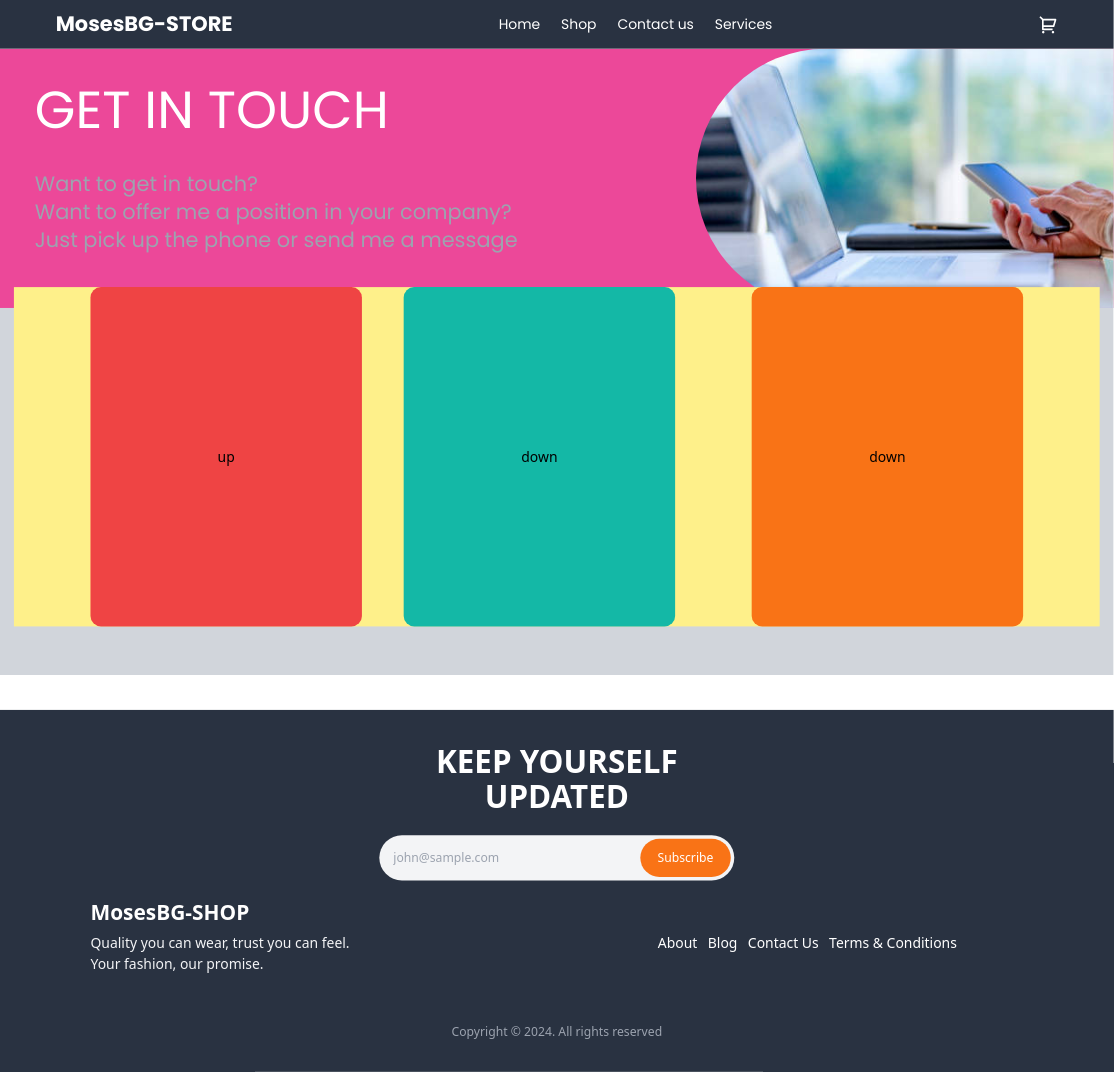
Repository: moshebengan/cart
Page: /fake-store/contact-us
An editor plug-in stored every save of this project. The page is shown before and after the next save, followed by the edit.
The browser window is 1280 px wide. The pictures show the whole page, at 87% of full size.
The project was rebuilt for these pictures with package versions that can differ from the ones it lists, and the page was loaded fresh each time. Also part of the build but not shown: vite.config.js, src/components/Error.jsx, src/utils/data.js, src/utils/apiCalls.js, src/components/Loading.jsx, src/components/Products.jsx, src/pages/HomePage.jsx, src/components/EmptyCart.jsx and 4 more.

Above is the page before, as saved 2024-09-16 09:15:23.

### index.html
<!DOCTYPE html>
<html lang="en">
  <head>
    <meta charset="UTF-8" />
    <link rel="icon" type="image/svg+xml" href="/vite.svg" />
    <meta name="viewport" content="width=device-width, initial-scale=1.0" />
    <link rel="preconnect" href="https://fonts.googleapis.com" />
    <link rel="preconnect" href="https://fonts.gstatic.com" crossorigin />
    <link
      href="https://fonts.googleapis.com/css2?family=Poppins:ital,wght@0,100;0,200;0,300;0,400;0,500;0,600;0,700;0,800;0,900;1,100;1,200;1,300;1,400;1,500;1,600;1,700;1,800;1,900&display=swap"
      rel="stylesheet"
    />
    <title>MosesBG-SHOP</title>
  </head>
  <body>
    <div id="root"></div>
    <script type="module" src="/src/main.jsx"></script>
  </body>
</html>

### src/main.jsx
import { StrictMode } from 'react'
import { createRoot } from 'react-dom/client'

import './index.css'
import { createBrowserRouter, RouterProvider } from 'react-router-dom'
import routes from './routes.jsx'

const router = createBrowserRouter(routes)

createRoot(document.getElementById('root')).render(
  <StrictMode>
    <RouterProvider router={router} />
  </StrictMode>,
)

### src/index.css
@tailwind base;
@tailwind components;
@tailwind utilities;

body,
html {
  height: 100%;
  width: 100%;
}

.container {
  width: 90%;
  margin: auto;
}

### src/routes.jsx
import Error from "./components/Error";
import ContactUs from "./pages/ContactUs";
import HomePage from "./pages/HomePage";
import MyCart from "./pages/MyCart";
import NavigationBar from "./pages/NavigationBar";
import ShopPage from "./pages/ShopPage";


const routes = [
	{
		path: '/fake-store',
		element: <NavigationBar />,
		children: [
			{
				path:"home",
				element:<HomePage/>,
				errorElement: <Error/>
			},
			{ 	path: 'shop',
				 	element: <ShopPage />,
					errorElement: <Error/>

			},
			{
				path: 'cart',
				element: <MyCart />,
				errorElement: <Error/>
			},
			{
				path:'contact-us',
				element: <ContactUs/>,
				errorElement: <Error />
			}
		]

	},

];

export default routes

### src/pages/ContactUs.jsx
import Footer from "../components/Footer";

const ContactUs = () => {
  return (
    <>
      <div className="w-full h-screen flex flex-col overflow-x-hidden">
        <div className="w-full h-[50%] relative">
          <div className="h-full bg-pink-500 flex flex-col">
            <h3 className="text-white text-6xl ml-10 mt-10 font-poppins">
              GET IN TOUCH
            </h3>
            <h4 className="text-gray-400 text-2xl ml-10 mt-10 font-poppins">
              Want to get in touch? <br />
              Want to offer me a position in your company?
              <br />
              Just pick up the phone or send me a message
            </h4>
          </div>
          <img
            src="/public/contactus2.jpg"
            alt=""
            className="w-[50%] h-full absolute -right-40 top-0 rounded-full object-cover"
          />
        </div>
        <div className="relative w-full h-[70%] bg-gray-300 p-4">
        <div className="h-full  bg-yellow-200 flex justify-evenly relative -top-10  ">
          <div className=" ml-10 w-1/4 h-full bg-red-500  flex items-center justify-center rounded-xl ">
            up
          </div>
          <div className="mr-10 w-1/4 h-full bg-teal-500  flex items-center justify-center rounded-xl ">
            down
          </div>
          <div className="mr-10 w-1/4 h-full bg-orange-500  flex items-center justify-center rounded-xl ">
            down
          </div>
          </div>
        </div>
      </div>

      <Footer />
    </>
  );
};

export default ContactUs;

### src/pages/NavigationBar.jsx
import { useState } from "react";
import { Link, Outlet } from "react-router-dom";
import { IoMdMenu, IoMdClose } from "react-icons/io";
import Cart from "../components/Cart";

const NavigationBar = () => {
  const [isOpen, setIsOpen] = useState(false);
  const [cartItems, setCartItems] = useState(0);

  const openNav = () => {
    setIsOpen(!isOpen);
  };

  const resetNav = () => {
    if (isOpen) setIsOpen(!isOpen);
  };

  return (
    <>
      <div className="w-full bg-dark-blue font-poppins">
        <div className="container">
          <nav className="py-3 flex justify-between items-center text-white">
            <h1 className="font-bold text-2xl">MosesBG-STORE</h1>
            <div className="hidden md:flex gap-6">
              <Link to={"/fake-store/home"}>Home</Link>
              <Link to={"/fake-store/shop"}>Shop</Link>
              <Link to={"/fake-store/contact-us"}>Contact us</Link>
              <Link>Services</Link>
            </div>
            <div className="flex flex-row items-center gap-5">
              <Cart resetNav={resetNav} items={cartItems} />
              <div className="z-50 md:hidden">
                <button className="flex items-center">
                  {isOpen ? (
                    <IoMdClose className="p1" onClick={openNav} />
                  ) : (
                    <IoMdMenu className="p1" onClick={openNav} />
                  )}
                </button>
              </div>
            </div>
          </nav>
          <div
            className={`container text-dark-blue ${
              isOpen ? "block" : "hidden"
            } `}
          >
            <div className="z-40 fixed top-0 left-0 bottom-0 w-full bg-dark-blu opacity-35"></div>
            <nav className="z-50 fixed top-0 left-0 bottom-0 flex flex-col gap-10 w-5/6 max-w-sm py-6 px-6 bg-[#F8F8F8] overflow-y-auto">
              <div>
                <h1 className="font-bold text-3xl">MosesBG-SHOP</h1>
                <hr className="h-px mt-3 bg-gray-200 border-0" />
              </div>
              <div className="flex flex-col gap-5">
                <Link
                  to={"/fake-store"}
                  className="nav-item-hover"
                  onClick={resetNav}
                >
                  Home
                </Link>
                <Link
                  to={"/fake-store/shop"}
                  className="nav-item-hover"
                  onClick={resetNav}
                >
                  Shop
                </Link>
                <Link className="nav-item-hover">Contact Us</Link>
                <Link className="nav-item-hover">Services</Link>
                <hr className="h-px mt-3 bg-gray-200 border-0" />
              </div>
            </nav>
          </div>
        </div>
      </div>
      <div className="h-screen w-auto">
        <Outlet context={[cartItems, setCartItems]} />
      </div>
    </>
  );
};

export default NavigationBar;

### src/components/Footer.jsx
import { Link } from "react-router-dom";

const Footer = () => {
  return (
    <footer className="w-full h-auto bg-dark-blue mt-10 pb-5">
      <div className="mx-auto max-w-md text-center p-5">
        <h1 className="font-bold text-4xl text-white mt-5 mb-3">
          KEEP YOURSELF UPDATED
        </h1>
        <form className="mt-6">
          <div className="relative max-w-lg">
            <label className="sr-only" htmlFor="email">
              Email
            </label>
            <input
              type="email"
              name="email"
              id="email"
              placeholder="john@sample.com"
              className="w-full rounded-full border-gray-200 bg-gray-100 p-4 pe-32 text-sm font-medium focus:outline-none"
            />
            <button className="absolute end-1 top-1/2 -translate-y-1/2 rounded-full bg-orange-500 px-5 py-3 text-sm font-medium text-white hover:bg-orange-900">
              Subscribe
            </button>
          </div>
        </form>
      </div>
      <div className="container grid grid-cols-1 text-white my-10 md:grid-cols-2">
        <div className="w-full flex flex-col px-10 md:text-left ">
          <h1 className="font-bold text-2xl mb-2">MosesBG-SHOP</h1>
          <p className="mb-4 text-base text-gray-100">
          Quality you can wear, trust you can feel. <br />
          Your fashion, our promise.
          </p>
        </div>
        <div className="w-full flex justify-center items-center gap-6 flex-wrap md:gap-3">
          <Link>About</Link>
          <Link>Blog</Link>
          <Link>Contact Us</Link>
          <Link>Terms & Conditions</Link>
        </div>
      </div>
      <p className="mt-10 mb-4 text-sm text-gray-400 text-center">
        Copyright © 2024. All rights reserved
      </p>
    </footer>
  );
};

export default Footer;

### src/components/Cart.jsx
import { RiShoppingCart2Line } from "react-icons/ri";
import { Link } from "react-router-dom";

const Cart = ({ resetNav, items }) => {
  return (
    <Link to={"/fake-store/cart"} onClick={resetNav}>
      <div className="relative">
        <RiShoppingCart2Line size={"1.4em"} />
        <span className="absolute text-xs bg-orange-500 p-0.3 px-1 text-red-50 rounded-full -top-1.5 left-4">
          {items > 0 ? items : ""}
        </span>
      </div>
    </Link>
  );
};

export default Cart;

### tailwind.config.js
/** @type {import('tailwindcss').Config} */
export default {
  content: [
    "./index.html",
    "./src/**/*.{js,ts,jsx,tsx}",
  ],
  theme: {
    fontFamily: {
      poppins: ["Poppins", "sans-serif"]
    },
    extend: {
      backgroundImage: {
        "homepage-image": "url('/public/bghomepage.jpg')",
        "homepage-darker": "url('/public/darkerbg.jpg')",
        "contact-us-image": "url('/public/contactus.jpg')"
      },
      colors: {
      "dark-blue": "#293241"
    },
    keyframes: {
      'fade-in-out': {
        '0%': { opacity: '0', transform: 'scale(0.95)' },
        '100%': { opacity: '1', transform: 'scale(1)' },
      },
    },
    animation: {
      'fade-in-out': 'fade-in-out 0.5s ease-in-out', // Customize duration and easing
    },
  }
  },
  plugins: [],
}

After the next save:
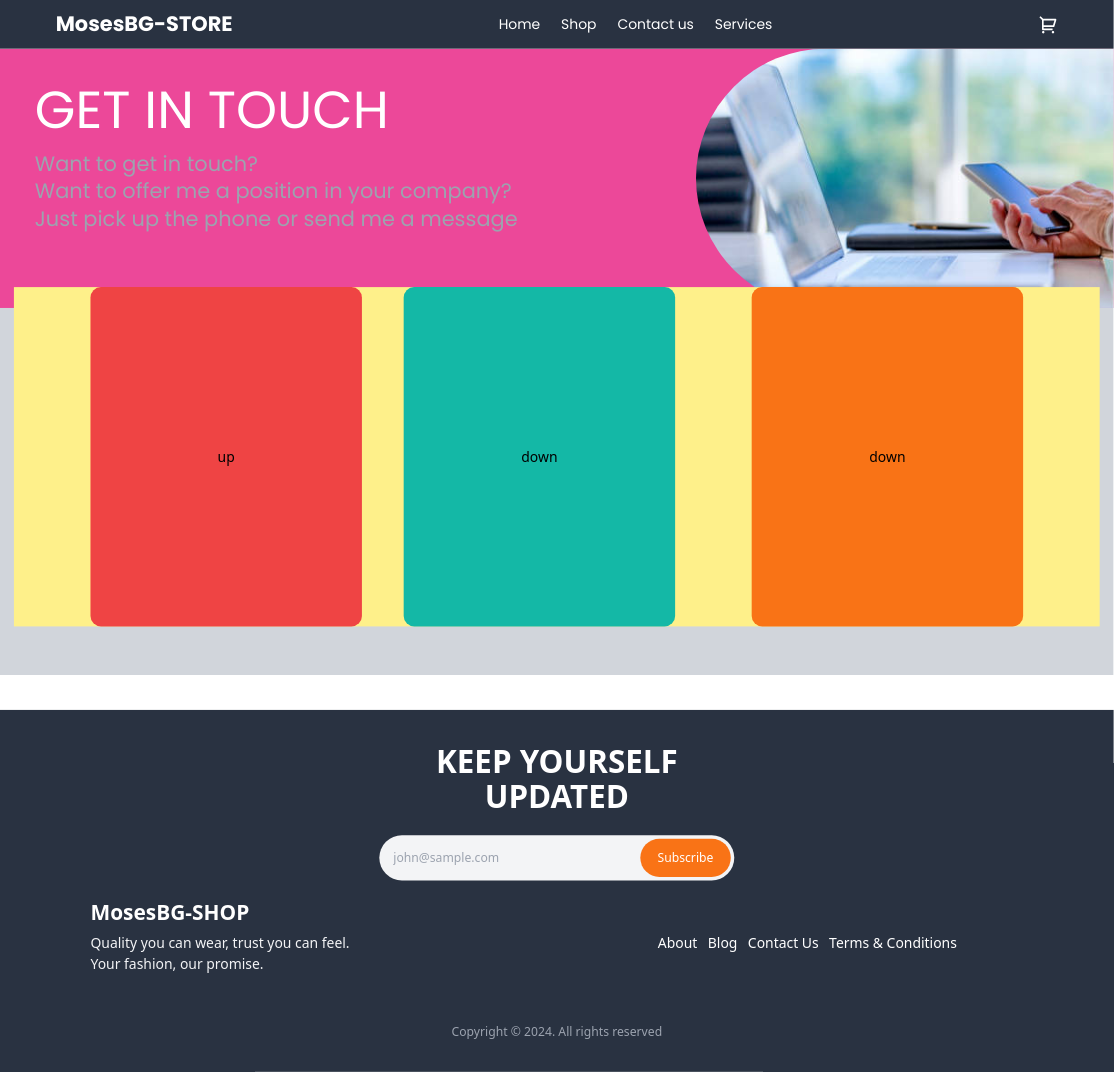
Saved 56 s later.
--- a/src/pages/ContactUs.jsx
+++ b/src/pages/ContactUs.jsx
@@ -9,7 +9,7 @@ const ContactUs = () => {
             <h3 className="text-white text-6xl ml-10 mt-10 font-poppins">
               GET IN TOUCH
             </h3>
-            <h4 className="text-gray-400 text-2xl ml-10 mt-10 font-poppins">
+            <h4 className="text-gray-400 text-2xl ml-10 mt-4 font-poppins">
               Want to get in touch? <br />
               Want to offer me a position in your company?
               <br />
